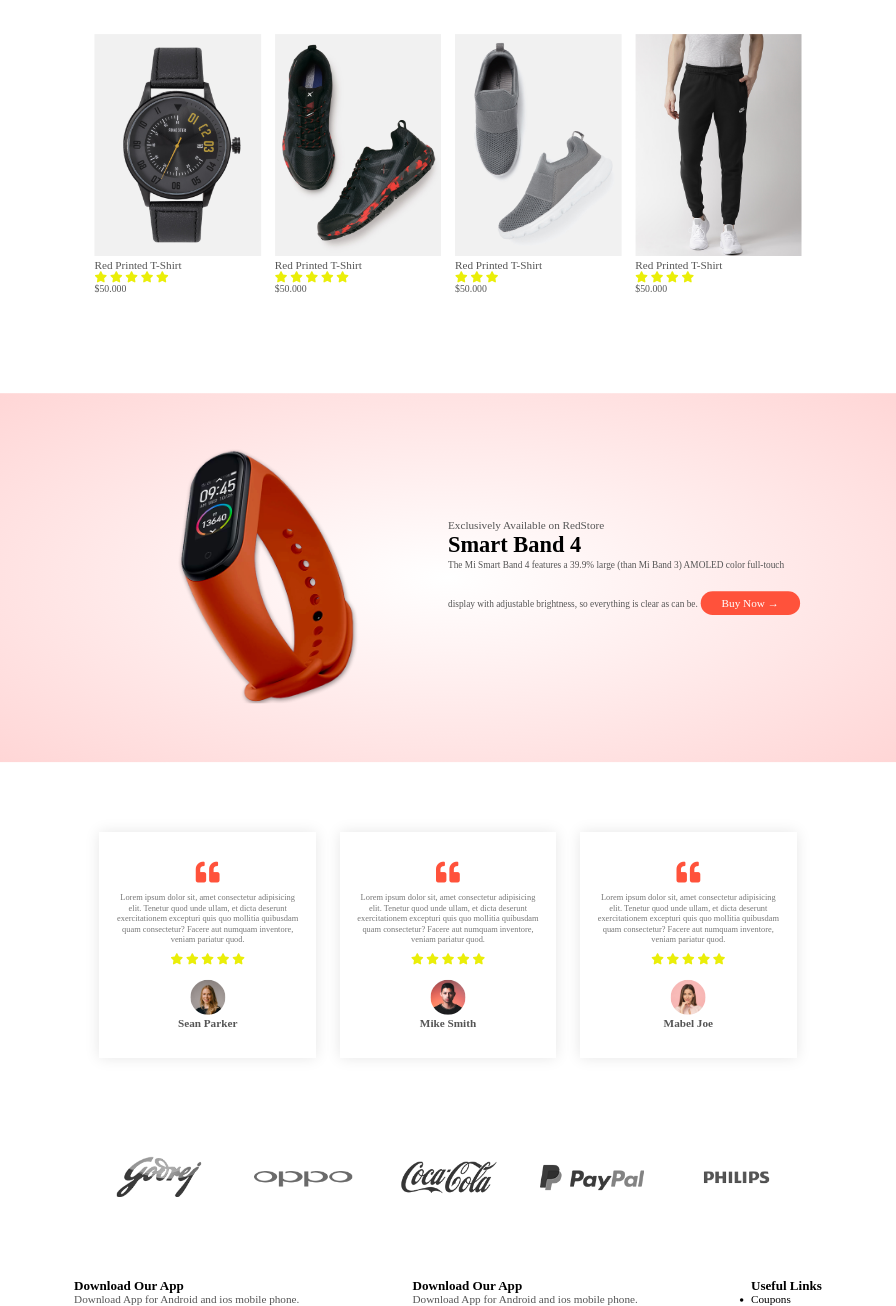
Repository: tuan21052000/Frontend
Page: index.html
The author's editor kept a copy of each file at every save. The page is drawn from the files as they stood at one save, then again after the next save.
The browser window is 1280 px wide. The pictures show the part of the page from y = 2424 to 4344 px (the page is 4290 px tall before and 4344 px after), at 70% of full size.

Above is the page before, as saved 2022-05-09 21:23:43.

After the next save:
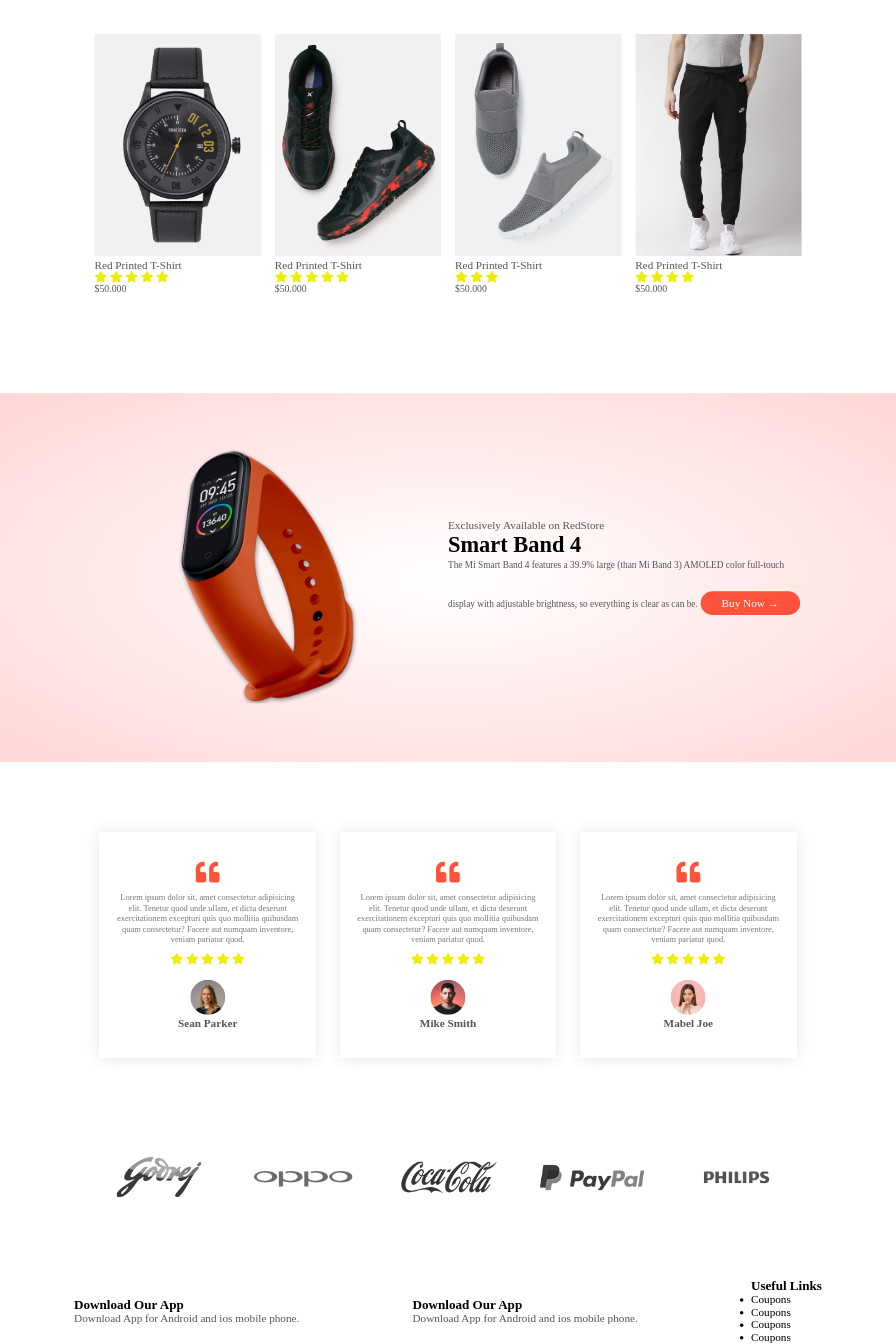
Saved 29 s later.
--- a/index.html
+++ b/index.html
@@ -324,6 +324,9 @@
                 <h3>Useful Links</h3>
                 <ul>
                     <li>Coupons</li>
+                    <li>Coupons</li>
+                    <li>Coupons</li>
+                    <li>Coupons</li>
                 </ul>
             </div>
         </div>
